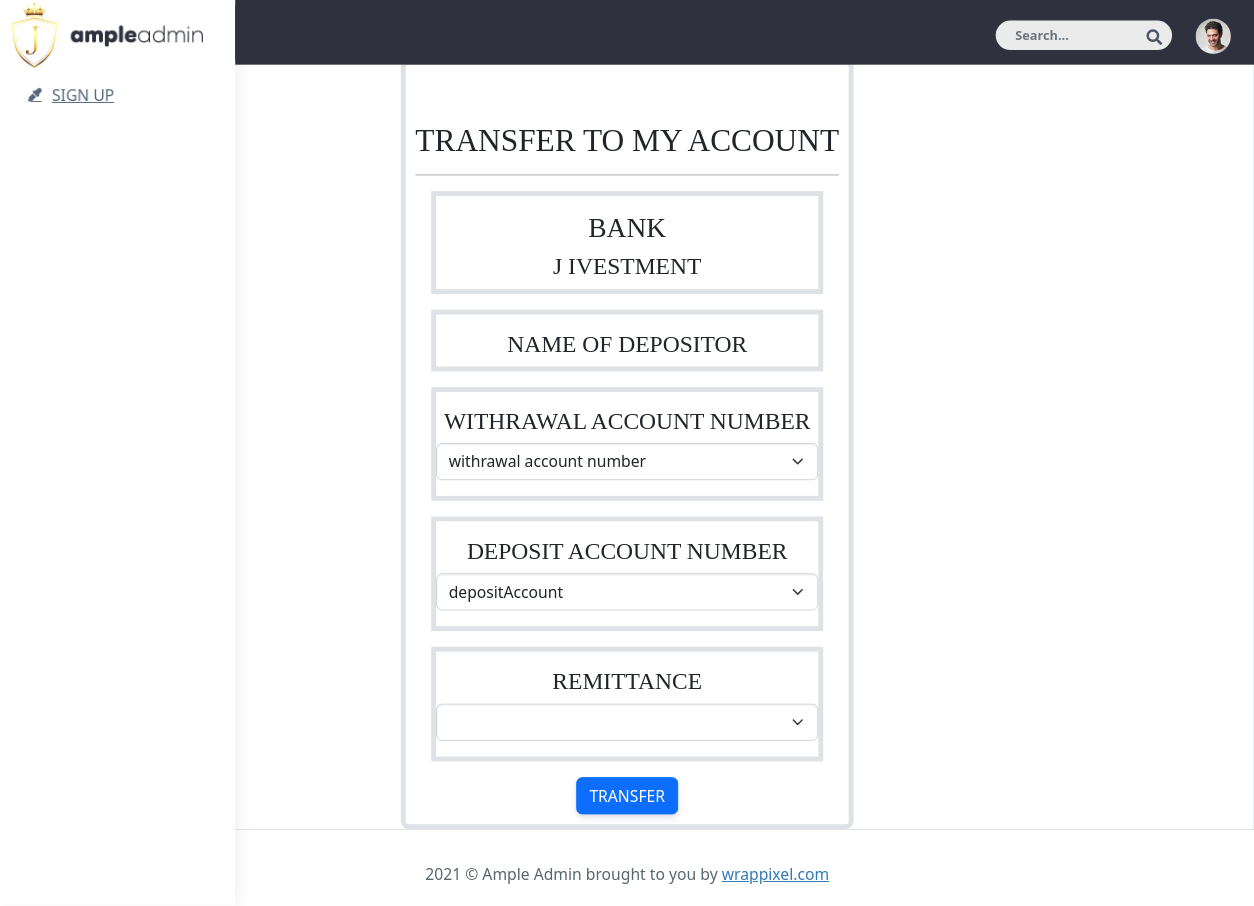
Repository: chopilyeon/HanaOpenBanking
Page: http://localhost/OpenBanking/jsp/bank/transferToMyAccount.jsp
An editor plug-in stored every save of this project. The page is shown before and after the next save, followed by the edit.
The browser window is 1280 px wide. The pictures show the whole page, at 98% of full size.
Some web fonts or font styles are not loaded; a fallback is used. The page is served by Tomcat 9. Other server files are loaded and not shown.

Above is the page before, as saved 2022-07-18 15:14:21.
Console error: TypeError: Cannot read properties of null (reading 'querySelector')

### OpenBanking/src/main/webapp/jsp/bank/transferToMyAccount.jsp
<%@ page language="java" contentType="text/html; charset=UTF-8"
    pageEncoding="UTF-8"%>
<%@ taglib prefix="c" uri="http://java.sun.com/jsp/jstl/core" %>
<!DOCTYPE html>
<html>
<head>
<meta charset="utf-8">
    <meta http-equiv="X-UA-Compatible" content="IE=edge">
    <!-- Tell the browser to be responsive to screen width -->
    <meta name="viewport" content="width=device-width, initial-scale=1">
    <meta name="keywords"
        content="wrappixel, admin dashboard, html css dashboard, web dashboard, bootstrap 5 admin, bootstrap 5, css3 dashboard, bootstrap 5 dashboard, Ample lite admin bootstrap 5 dashboard, frontend, responsive bootstrap 5 admin template, Ample admin lite dashboard bootstrap 5 dashboard template">
    <meta name="description"
        content="Ample Admin Lite is powerful and clean admin dashboard template, inpired from Bootstrap Framework">
    <meta name="robots" content="noindex,nofollow">
    <title>J investment bank</title>
    <link rel="canonical" href="https://www.wrappixel.com/templates/ample-admin-lite/" />
    <!-- Favicon icon -->
    <link rel="icon" type="image/png" sizes="16x16" href="/OpenBanking/resources/images/favicon.png">
    <!-- Custom CSS -->
    <link href="/OpenBanking/resources/css/chartist.min.css" rel="stylesheet">
    <link rel="stylesheet" href="/OpenBanking/resources/css/chartist-plugin-tooltip.css">
    <!-- Custom CSS -->
    <link href="/OpenBanking/resources/css/style.min.css" rel="stylesheet">
    <link href="/OpenBanking/resources/css/onlyForMe.css" rel="stylesheet">
    <!-- CSS only -->
    <link href="https://cdn.jsdelivr.net/npm/bootstrap@5.2.0-beta1/dist/css/bootstrap.min.css" rel="stylesheet" integrity="sha384-0evHe/X+R7YkIZDRvuzKMRqM+OrBnVFBL6DOitfPri4tjfHxaWutUpFmBp4vmVor" crossorigin="anonymous">



<!-- JavaScript Bundle with Popper -->
<script src="https://cdn.jsdelivr.net/npm/bootstrap@5.2.0-beta1/dist/js/bootstrap.bundle.min.js" integrity="sha384-pprn3073KE6tl6bjs2QrFaJGz5/SUsLqktiwsUTF55Jfv3qYSDhgCecCxMW52nD2" crossorigin="anonymous"></script>

 <!-- FONT -->
<link rel="preconnect" href="https://fonts.googleapis.com">
<link rel="preconnect" href="https://fonts.gstatic.com" crossorigin>
<link href="https://fonts.googleapis.com/css2?family=Libre+Baskerville:ital@1&display=swap" rel="stylesheet">

</head>
<body>


	<jsp:include page="/jsp/include/topAndSide.jsp" />

	<section>



<form class="border" action="${pageContext.request.contextPath}/bank/transferProcess.do" method="post">
<input type="hidden" name ="withrawalName" value="${userVO.name}">
<input type="hidden" name ="depositName" value="${userVO.name}">
	<div class="social-box ">
	    <div class="container d-flex justify-content-center">
	     	<div class="row">
			    <div class="col-lg-12 col-xs-12 text-center">
					<div class="box border border-5 rounded-3">
	                    <i class="fa fa-behance fa-3x" aria-hidden="true"></i>
						<div class="box-title">
							<h2>TRANSFER TO MY ACCOUNT</h2>
						</div>
						<hr>
						<div class="box-text m-3 border">
						<h3 class="mt-3">BANK</h3>
							<h4 >J IVESTMENT</h4>
						</div>
						<div class="box-text m-3 border">
						<h4 class="mt-3">NAME OF DEPOSITOR </h4>
							<h4>${userVO.name}</h4>
						</div>
						<div class="box-text m-3 border">
							<h4 class="mt-3">WITHRAWAL ACCOUNT NUMBER</h4>
							<select class="mb-3 form-select" name="withrawalAccountNumber">
								<option value="none">withrawal account number</option>
								<c:forEach items="${ bankList}" var="bankList">
									<c:choose>
										<c:when test="${userVO.openBanking eq 'Y'}">
											<option value="${bankList.accountNumber}">[${bankList.bankName}] ${bankList.accountNumber}</option>
										</c:when>
										<c:otherwise>
											<c:if test="${bankList.bankName eq 'J INVESTMENT BANK' }">
											<option value="${bankList.accountNumber}">[${bankList.bankName}] ${bankList.accountNumber}</option>
											</c:if>
										</c:otherwise>
									</c:choose>
								</c:forEach>
							</select>
						</div>
						<div class="box-text m-3 border">
						<h4 class="mt-3">DEPOSIT ACCOUNT NUMBER</h4>
							<select name="depositAccountNumber" class="mb-3 form-select">
								<option value="none">depositAccount</option>
								<c:forEach items="${ bankList}" var="bankList">
									<option value="${bankList.accountNumber}">[${bankList.bankName}] ${bankList.accountNumber}</option>
								</c:forEach>
							</select>
						</div>
						<div class="box-text m-3 border">
						<h4 class="mt-3">REMITTANCE</h4>
							<input type="number" name="tranAmount" class="mb-3 form-select">
						</div>

							 <button type="SUBMIT" class="btn btn-primary">TRANSFER</button>
					</div>
				</div>
			</div>
		</div>
	</div>
</form>










	</section>








	<jsp:include page="/jsp/include/footer.jsp" />









 <script src="/OpenBanking/resources/js/jquery.min.js"></script>
    <!-- Bootstrap tether Core JavaScript -->
    <script src="/OpenBanking/resources/js/bootstrap.bundle.min.js"></script>
    <script src="/OpenBanking/resources/js/app-style-switcher.js"></script>
    <script src="/OpenBanking/resources/js/jquery.sparkline.min.js"></script>
    <!--Wave Effects -->
    <script src="/OpenBanking/resources/js/waves.js"></script>
    <!--Menu sidebar -->
    <script src="/OpenBanking/resources/js/sidebarmenu.js"></script>
    <!--Custom JavaScript -->
    <script src="/OpenBanking/resources/js/custom.js"></script>
    <!--This page JavaScript -->
    <!--chartis chart-->
    <script src="/OpenBanking/resources/js/chartist.min.js"></script>
    <script src="/OpenBanking/resources/js/chartist-plugin-tooltip.min.js"></script>
    <script src="/OpenBanking/resources/js/dashboard1.js"></script>




</body>
</html>

### OpenBanking/src/main/webapp/jsp/include/topAndSide.jsp
<%@ page language="java" contentType="text/html; charset=UTF-8"
    pageEncoding="UTF-8"%>
<%@ taglib prefix="c" uri="http://java.sun.com/jsp/jstl/core" %>

  <!-- ============================================================== -->
    <!-- Preloader - style you can find in spinners.css -->
    <!-- ============================================================== -->
    <div class="preloader">
        <div class="lds-ripple">
            <div class="lds-pos"></div>
            <div class="lds-pos"></div>
        </div>
    </div>
    <!-- ============================================================== -->
    <!-- Main wrapper - style you can find in pages.scss -->
    <!-- ============================================================== -->
    <div id="main-wrapper" data-layout="vertical" data-navbarbg="skin5" data-sidebartype="full"
        data-sidebar-position="absolute" data-header-position="absolute" data-boxed-layout="full">
        <!-- ============================================================== -->
        <!-- Topbar header - style you can find in pages.scss -->
        <!-- ============================================================== -->
        <header class="topbar" data-navbarbg="skin5">
            <nav class="navbar top-navbar navbar-expand-md navbar-dark">
                <div class="navbar-header" data-logobg="skin6">
                    <!-- ============================================================== -->
                    <!-- Logo -->
                    <!-- ============================================================== -->
                    <a class="navbar-brand" href="${pageContext.request.contextPath}/welcome.do">
                        <!-- Logo icon -->
                        <b class="logo-icon">
                            <!-- Dark Logo icon -->
                            <img src="/OpenBanking/resources/images/J_LOGO.png" alt="homepage" width="50" class="rounded mx-auto d-block">
                        </b>
                        <!--End Logo icon -->
                        <!-- Logo text -->
                        <span class="logo-text">
                            <!-- dark Logo text -->
                            <img src="/OpenBanking/resources/images/logo-text.png" alt="homepage" />
                        </span>
                    </a>
                    <!-- ============================================================== -->
                    <!-- End Logo -->
                    <!-- ============================================================== -->
                    <!-- ============================================================== -->
                    <!-- toggle and nav items -->
                    <!-- ============================================================== -->
                    <a class="nav-toggler waves-effect waves-light text-dark d-block d-md-none"
                        href="javascript:void(0)"><i class="ti-menu ti-close"></i></a>
                </div>
                <!-- ============================================================== -->
                <!-- End Logo -->
                <!-- ============================================================== -->
                <div class="navbar-collapse collapse" id="navbarSupportedContent" data-navbarbg="skin5">

                    <!-- ============================================================== -->
                    <!-- Right side toggle and nav items -->
                    <!-- ============================================================== -->
                    <ul class="navbar-nav ms-auto d-flex align-items-center">

                        <!-- ============================================================== -->
                        <!-- Search -->
                        <!-- ============================================================== -->
                        <li class=" in">
                            <form role="search" class="app-search d-none d-md-block me-3">
                                <input type="text" placeholder="Search..." class="form-control mt-0">
                                <a href="#" class="active">
                                    <i class="fa fa-search"></i>
                                </a>
                            </form>
                        </li>
                        <!-- ============================================================== -->
                        <!-- User profile and search -->
                        <!-- ============================================================== -->
                        <li>
                            <a class="profile-pic" href="#">
                                <img src="/OpenBanking/resources/images/users/varun.jpg" alt="user-img" width="36"
                                    class="img-circle"><span class="text-white font-medium f-3">${userVO.id}</span></a>
                        </li>

                    <c:if test="${ not empty userVO }">
                        <li>
                            <a href="${pageContext.request.contextPath}/logout.do">
                              <button type="button" class="btn btn-primary btn-sm m-2">LOGOUT</button>
                            </a>
                        </li>

                	 </c:if>
                        <!-- ============================================================== -->
                        <!-- User profile and search -->
                        <!-- ============================================================== -->
                    </ul>
                </div>
            </nav>
        </header>
        <!-- ============================================================== -->
        <!-- End Topbar header -->
        <!-- ============================================================== -->
        <!-- ============================================================== -->
        <!-- Left Sidebar - style you can find in sidebar.scss  -->
        <!-- ============================================================== -->
        <aside class="left-sidebar" data-sidebarbg="skin6">
            <!-- Sidebar scroll-->
            <div class="scroll-sidebar">
                <!-- Sidebar navigation-->

                <nav class="sidebar-nav navbar">
                    <ul id="sidebarnav">
                        <!-- User Profile-->
                        <c:if test="${userVO.openBanking eq 'Y' }">

                        	<li class="sidebar-item pt-2">
                            	<a class="sidebar-link waves-effect waves-dark sidebar-link" href="${pageContext.request.contextPath}/Member/DashBoard.do"
                                	aria-expanded="false">
                                		<i class="far fa-clock" aria-hidden="true"></i>
                                	<span class="hide-menu">ASSET STATUS</span>
                            	</a>
                        	</li>
                        </c:if>


              	 		<c:choose>
							<c:when test="${ not empty userVO }">

                        <li class="sidebar-item">
                            <a class="sidebar-link waves-effect waves-dark sidebar-link" href="${pageContext.request.contextPath}/Member/checkInfo.do"
                                aria-expanded="false">
                                <i class="fa fa-user" aria-hidden="true"></i>
                                <span class="hide-menu">MEMBER INFO</span>
                            </a>
                        </li>
                        <li class="sidebar-item">
                            <a class="sidebar-link waves-effect waves-dark sidebar-link" href="#"
                                aria-expanded="false">
                                <i class="fa fa-table" aria-hidden="true"></i>
                                <span class="hide-menu">RECENT TRANS</span>
                            </a>
                        </li>


                         <li class="sidebar-item">
                            <a class="sidebar-link waves-effect waves-dark sidebar-link" href="${pageContext.request.contextPath}/bank/openBank.do"
                                aria-expanded="false">
                                <i class="fa fa-globe" aria-hidden="true"></i>
                                <span class="hide-menu">BANK SERVICE</span>
                            </a>
                        </li>




                        <li class="sidebar-item">
                            <a class="sidebar-link waves-effect waves-dark sidebar-link" href="#"
                                aria-expanded="false">
                                <i class="fas fa-eye-dropper" aria-hidden="true"></i>
                                <span class="hide-menu">Q&A</span>
                            </a>
                        </li>
                        <li class="sidebar-item">
                            <a class="sidebar-link waves-effect waves-dark sidebar-link" href="${pageContext.request.contextPath}/map.do"
                                aria-expanded="false">
                                <i class="fa fa-columns" aria-hidden="true"></i>
                                <span class="hide-menu">MAP</span>
                            </a>
                        </li>


    					 </c:when>
          					<c:otherwise>

                        <li class="sidebar-item">
                            <a class="sidebar-link waves-effect waves-dark sidebar-link" href="${pageContext.request.contextPath}/login.do"
                                aria-expanded="false">
                                <i class=" fas fa-eye-dropper" aria-hidden="true"></i>
                                <span class="hide-menu">SIGN UP</span>
                            </a>
                        </li>
              			</c:otherwise>
         			</c:choose>

                    </ul>

                </nav>
                <!-- End Sidebar navigation -->
            </div>
            <!-- End Sidebar scroll-->
        </aside>
        <!-- ============================================================== -->
        <!-- End Left Sidebar - style you can find in sidebar.scss  -->
        <!-- ============================================================== -->
        <!-- ============================================================== -->
        <!-- Page wrapper  -->
        <!-- ============================================================== -->

### OpenBanking/src/main/webapp/jsp/include/footer.jsp
<%@ page language="java" contentType="text/html; charset=UTF-8"
    pageEncoding="UTF-8"%>
  <footer class="footer text-center">
  	2021 © Ample Admin brought to you by <a href="#">wrappixel.com</a>
  </footer>

### OpenBanking/src/main/webapp/resources/css/onlyForMe.css
@charset "UTF-8";

body,h2,h3,h4,h5{
	font-family: 'Libre Baskerville', serif;
}

.btn btn-primary{

	font-family: 'Libre Baskerville', serif;

}

h3,p{

	font-family: 'Libre Baskerville', serif;

}





.onlyfor{
	background:url('../images/city.jpg');
	background-size:cover;

}




.onlyfor1{
	background:url('../images/river.jpg');
	background-size:cover;

}




section{
	min-height:800px;

}

.carousel-item{
	height:900px;
}



.carousel-image-1{
	background:url('/OpenBanking/resources/images/city1.jpg');
	background-size:cover;
}

.carousel-image-2{
		background:url('/OpenBanking/resources/images/picture2.jpg');
		background-size:cover;
}

.carousel-image-3{

		background:url('/OpenBanking/resources/images/coffee.jpg');
		background-size:cover;
}



.highcharts-figure,
.highcharts-data-table table {
  min-width: 360px;
  max-width: 800px;
  margin: 1em auto;
}

.highcharts-data-table table {
  font-family: Verdana, sans-serif;
  border-collapse: collapse;
  border: 1px solid #ebebeb;
  margin: 10px auto;
  text-align: center;
  width: 100%;
  max-width: 500px;
}

.highcharts-data-table caption {
  padding: 1em 0;
  font-size: 1.2em;
  color: #555;
}

.highcharts-data-table th {
  font-weight: 600;
  padding: 0.5em;
}

.highcharts-data-table td,
.highcharts-data-table th,
.highcharts-data-table caption {
  padding: 0.5em;
}

.highcharts-data-table thead tr,
.highcharts-data-table tr:nth-child(even) {
  background: #f8f8f8;
}

.highcharts-data-table tr:hover {
  background: #f1f7ff;
}

### OpenBanking/src/main/webapp/resources/js/sidebarmenu.js
/*
Template Name: Admin Template
Author: Wrappixel

File: js
*/
// ==============================================================
// Auto select left navbar
// ==============================================================
$(function() {
    "use strict";
     var url = window.location + "";
        var path = url.replace(window.location.protocol + "//" + window.location.host + "/", "");
        var element = $('ul#sidebarnav a').filter(function() {
            return this.href === url || this.href === path;// || url.href.indexOf(this.href) === 0;
        });
        element.parentsUntil(".sidebar-nav").each(function (index)
        {
            if($(this).is("li") && $(this).children("a").length !== 0)
            {
                $(this).children("a").addClass("active");
                $(this).parent("ul#sidebarnav").length === 0
                    ? $(this).addClass("active")
                    : $(this).addClass("selected");
            }
            else if(!$(this).is("ul") && $(this).children("a").length === 0)
            {
                $(this).addClass("selected");

            }
            else if($(this).is("ul")){
                $(this).addClass('in');
            }

        });

    element.addClass("active");
    $('#sidebarnav a').on('click', function (e) {

            if (!$(this).hasClass("active")) {
                // hide any open menus and remove all other classes
                $("ul", $(this).parents("ul:first")).removeClass("in");
                $("a", $(this).parents("ul:first")).removeClass("active");

                // open our new menu and add the open class
                $(this).next("ul").addClass("in");
                $(this).addClass("active");

            }
            else if ($(this).hasClass("active")) {
                $(this).removeClass("active");
                $(this).parents("ul:first").removeClass("active");
                $(this).next("ul").removeClass("in");
            }
    })
    $('#sidebarnav >li >a.has-arrow').on('click', function (e) {
        e.preventDefault();
    });

});

### OpenBanking/src/main/webapp/resources/js/custom.js
$(function() {
    "use strict";

    $(".preloader").fadeOut();
    // this is for close icon when navigation open in mobile view
    $(".nav-toggler").on('click', function() {
        $("#main-wrapper").toggleClass("show-sidebar");
        $(".nav-toggler i").toggleClass("ti-menu");
    });
    $(".search-box a, .search-box .app-search .srh-btn").on('click', function() {
        $(".app-search").toggle(200);
        $(".app-search input").focus();
    });

    // ==============================================================
    // Resize all elements
    // ==============================================================
    $("body, .page-wrapper").trigger("resize");
    $(".page-wrapper").delay(20).show();

    //****************************
    /* This is for the mini-sidebar if width is less then 1170*/
    //****************************
    var setsidebartype = function() {
        var width = (window.innerWidth > 0) ? window.innerWidth : this.screen.width;
        if (width < 1170) {
            $("#main-wrapper").attr("data-sidebartype", "mini-sidebar");
        } else {
            $("#main-wrapper").attr("data-sidebartype", "full");
        }
    };
    $(window).ready(setsidebartype);
    $(window).on("resize", setsidebartype);

});

Loaded but not shown: OpenBanking/src/main/webapp/resources/css/chartist.min.css (library); OpenBanking/src/main/webapp/resources/css/chartist-plugin-tooltip.css (common file); OpenBanking/src/main/webapp/resources/css/style.min.css (library); OpenBanking/src/main/webapp/resources/css/icons/font-awesome/css/fontawesome-all.min.css (library); OpenBanking/src/main/webapp/resources/css/icons/themify-icons/themify-icons.css (common file); OpenBanking/src/main/webapp/resources/js/jquery.min.js (library); OpenBanking/src/main/webapp/resources/js/bootstrap.bundle.min.js (library); OpenBanking/src/main/webapp/resources/js/app-style-switcher.js (common file); OpenBanking/src/main/webapp/resources/js/jquery.sparkline.min.js (library); OpenBanking/src/main/webapp/resources/js/waves.js (library); OpenBanking/src/main/webapp/resources/js/chartist.min.js (library); OpenBanking/src/main/webapp/resources/js/chartist-plugin-tooltip.min.js (library); OpenBanking/src/main/webapp/resources/js/dashboard1.js (79 lines, source omitted)

After the next save:
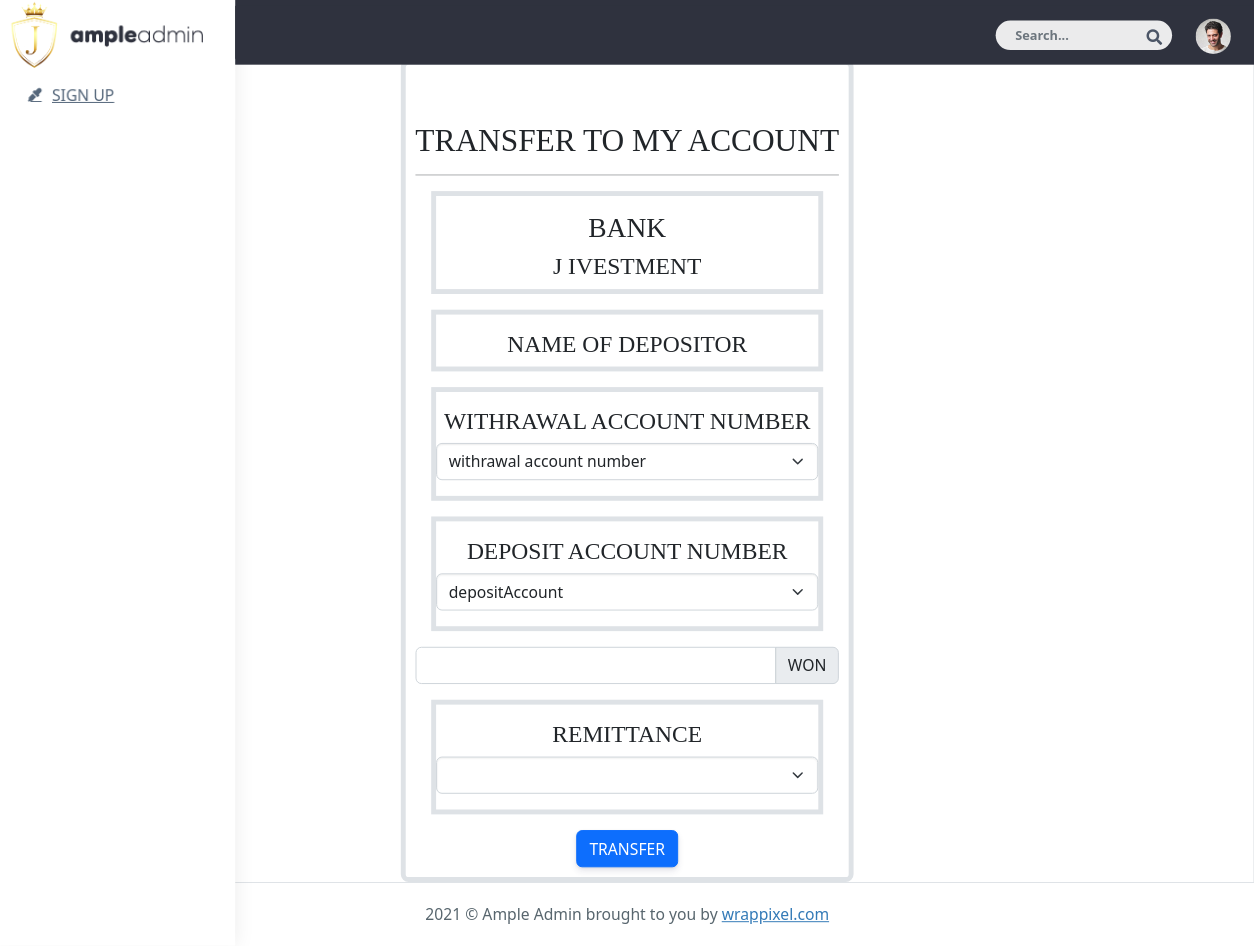
Saved 2 min 47 s later.
--- a/OpenBanking/src/main/webapp/jsp/bank/transferToMyAccount.jsp
+++ b/OpenBanking/src/main/webapp/jsp/bank/transferToMyAccount.jsp
@@ -94,6 +94,14 @@
 								</c:forEach>
 							</select>
 						</div>
+						<div class="input-group">
+ 							 <input type="number" name="tranAmount" class="form-control" aria-label="Dollar amount (with dot and two decimal places)">
+  							 <span class="input-group-text">WON</span>
+
+						</div>
+
+
+
 						<div class="box-text m-3 border">
 						<h4 class="mt-3">REMITTANCE</h4>
 							<input type="number" name="tranAmount" class="mb-3 form-select">
